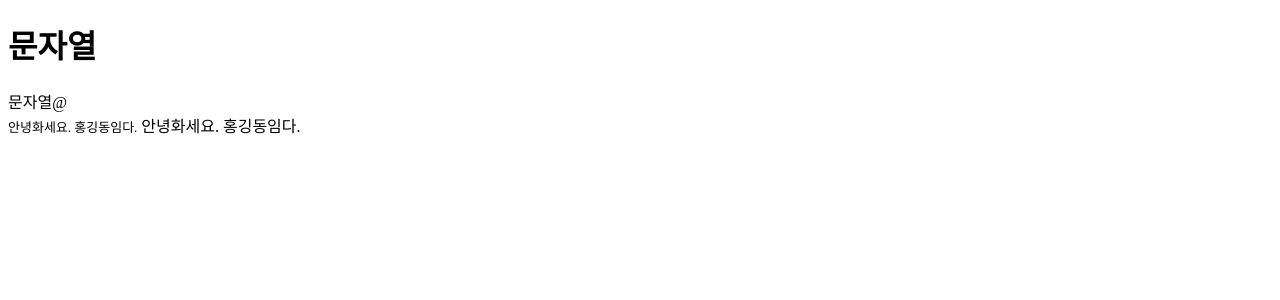
Repository: dnjs0/HCJ
Page: ClientTest/src/main/webapp/ex07_font.html
The author's editor kept a copy of each file at every save. The page is drawn from the files as they stood at one save, then again after the next save.
The browser window is 1280 px wide. The pictures show the whole page.

Above is the page before, as saved 2025-02-11 00:40:10.

After the next save:
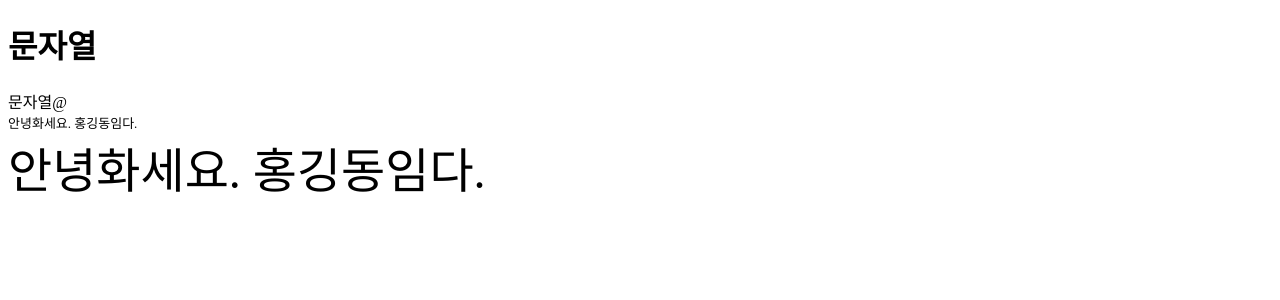
Saved 16 s later.
--- a/ClientTest/src/main/webapp/ex07_font.html
+++ b/ClientTest/src/main/webapp/ex07_font.html
@@ -25,7 +25,8 @@
 	<font>문자열@</font>
 	<br>
 	<font size="2">안녕화세요. 홍깅동임다.</font>
-	<font>안녕화세요. 홍깅동임다.</font>
+	<br>
+	<font size = "7">안녕화세요. 홍깅동임다.</font>
 
 
 
